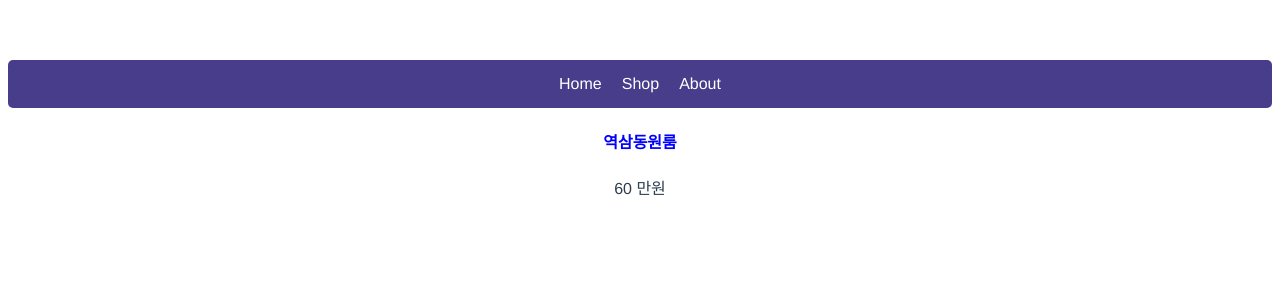
Repository: jy0813/Function
Page: / (app in function/)
The author's editor kept a copy of each file at every save. The page is drawn from the files as they stood at one save, then again after a run of saves.
The browser window is 1280 px wide. The pictures show the whole page.
The project was rebuilt for these pictures with package versions that can differ from the ones it lists, and the page was loaded fresh each time.

Above is the page before, as saved 2022-02-23 14:44:15.

After the next 2 saves:
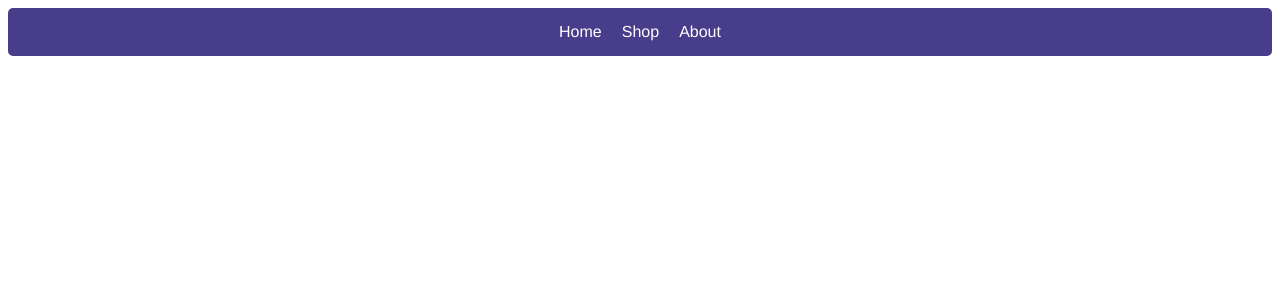
The 2 saves are shown as one change because 1 did not build or start.
The last was saved 65 s later.
--- a/function/src/App.vue
+++ b/function/src/App.vue
@@ -2,7 +2,7 @@
 <div class="menu">
   <a v-for="(item, i) in menu" :key="'item' + i">{{item}}</a>
   </div>
-<div>
+<div v-for="(item, k) in room" :key="'item' + k">
   <h4 :style="style">{{products[0]}}</h4>
   <p>{{price1}} 만원</p>
 </div>
@@ -33,7 +33,6 @@ export default {
   -moz-osx-font-smoothing: grayscale;
   text-align: center;
   color: #2c3e50;
-  margin-top: 60px;
 }
 
 .menu {
